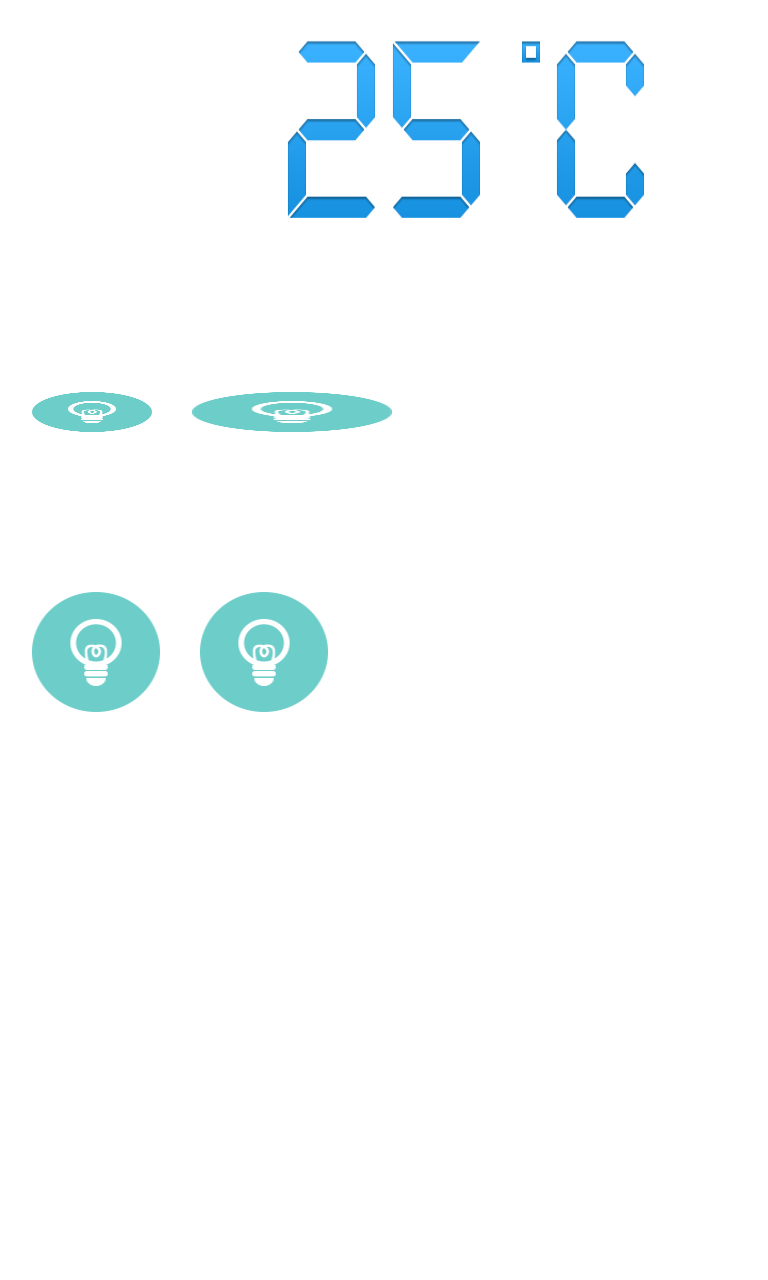
Repository: MyungSinKim/mqtt-demo
Layout: cloud2-demo/res/layout/main.xml
An editor plug-in stored every save of this project. The layout is shown before and after the next save, followed by the edit.
It is drawn on a 768 x 1280 px phone screen (xhdpi) without system bars, with theme AppTheme; the app's code is not run.

Above is the layout before, as saved 2015-11-02 05:10:46.

After the next save:
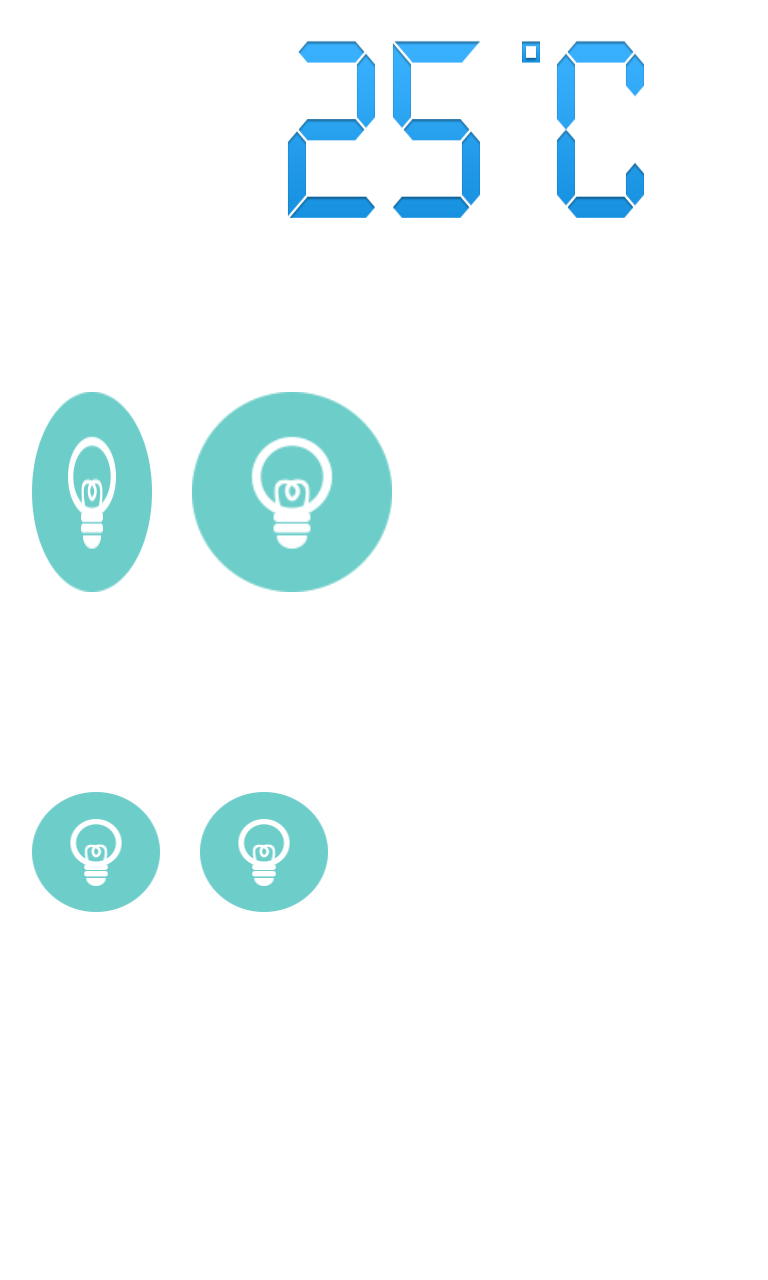
Saved 18 s later.
--- a/cloud2-demo/res/layout/main.xml
+++ b/cloud2-demo/res/layout/main.xml
@@ -31,7 +31,7 @@
     <RelativeLayout
         android:id="@+id/rl2"
         android:layout_width="match_parent"
-        android:layout_height="100dp"
+        android:layout_height="200dp"
         android:layout_below="@+id/rl1" >
 
         <ImageView
